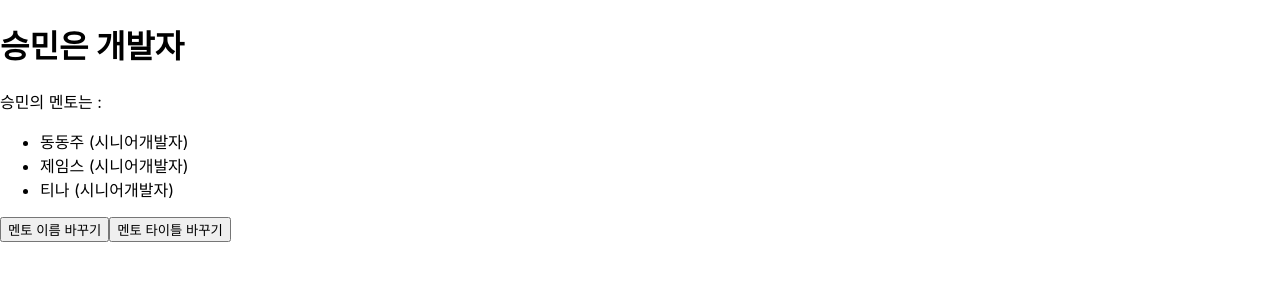
Repository: dnjfht/css-example
Page: /
An editor plug-in stored every save of this project. The page is shown before and after the next save, followed by the edit.
The browser window is 1280 px wide. The pictures show the whole page.
The project was rebuilt for these pictures with package versions that can differ from the ones it lists, and the page was loaded fresh each time.

Above is the page before, as saved 2023-05-10 09:58:54.

### src/App.js
import React, { useState } from "react";

export default function App() {
  const [person, setPerson] = useState({
    name: "승민",
    title: "개발자",
    mentors: [
      {
        name: "동동주",
        title: "시니어개발자",
      },
      {
        name: "제임스",
        title: "시니어개발자",
      },
      {
        name: "티나",
        title: "시니어개발자",
      },
    ],
  });

  const ClickMentorNameChange = () => {
    const name = prompt("what's your mentor's name?");

    // const mentor = {
    //   name: name,
    //   title: person.mentor.title,
    // };
    // setPerson((prev) => ({ ...prev, mentor }));

    setPerson((prev) => ({
      ...prev,
      mentor: { ...prev.mentor, name: name },
    }));
  };

  const ClickMentorJobChange = () => {
    const title = prompt("what's your mentor's title?");

    // const mentor = {
    //   name: person.mentor.name,
    //   title: title,
    // };
    // setPerson((prev) => ({ ...prev, mentor }));

    setPerson((prev) => ({
      ...prev,
      mentor: { ...prev.mentor, title: title },
    }));
  };
  return (
    <div>
      <h1>
        {person.name}은 {person.title}
      </h1>
      <p>{person.name}의 멘토는 :</p>
      <ul>
        {person.mentors.map((mentor, index) => {
          return (
            <li key={index}>
              {mentor.name} ({mentor.title})
            </li>
          );
        })}
      </ul>
      <button onClick={ClickMentorNameChange}>멘토 이름 바꾸기</button>
      <button onClick={ClickMentorJobChange}>멘토 타이틀 바꾸기</button>
    </div>
  );
}

Loaded but not shown: public/index.html (common file); src/index.js (common file); src/index.css (common file); src/reportWebVitals.js (common file)

After the next save:
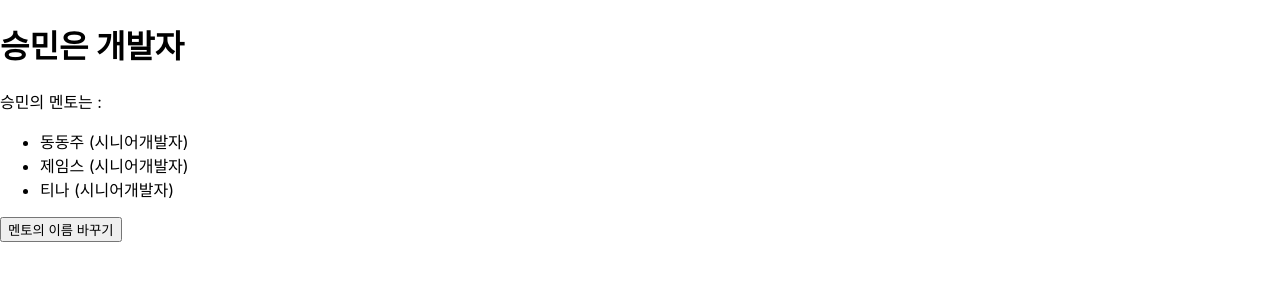
Saved 2 min 21 s later.
--- a/src/App.js
+++ b/src/App.js
@@ -21,34 +21,10 @@ export default function App() {
   });
 
   const ClickMentorNameChange = () => {
-    const name = prompt("what's your mentor's name?");
-
-    // const mentor = {
-    //   name: name,
-    //   title: person.mentor.title,
-    // };
-    // setPerson((prev) => ({ ...prev, mentor }));
-
-    setPerson((prev) => ({
-      ...prev,
-      mentor: { ...prev.mentor, name: name },
-    }));
+    const prev = prompt("누구의 이름을 바꾸고 싶은가요?");
+    const current = prompt("이름을 무엇으로 바꾸고 싶은가요?");
   };
 
-  const ClickMentorJobChange = () => {
-    const title = prompt("what's your mentor's title?");
-
-    // const mentor = {
-    //   name: person.mentor.name,
-    //   title: title,
-    // };
-    // setPerson((prev) => ({ ...prev, mentor }));
-
-    setPerson((prev) => ({
-      ...prev,
-      mentor: { ...prev.mentor, title: title },
-    }));
-  };
   return (
     <div>
       <h1>
@@ -64,8 +40,7 @@ export default function App() {
           );
         })}
       </ul>
-      <button onClick={ClickMentorNameChange}>멘토 이름 바꾸기</button>
-      <button onClick={ClickMentorJobChange}>멘토 타이틀 바꾸기</button>
+      <button onClick={ClickMentorNameChange}>멘토의 이름 바꾸기</button>
     </div>
   );
 }
